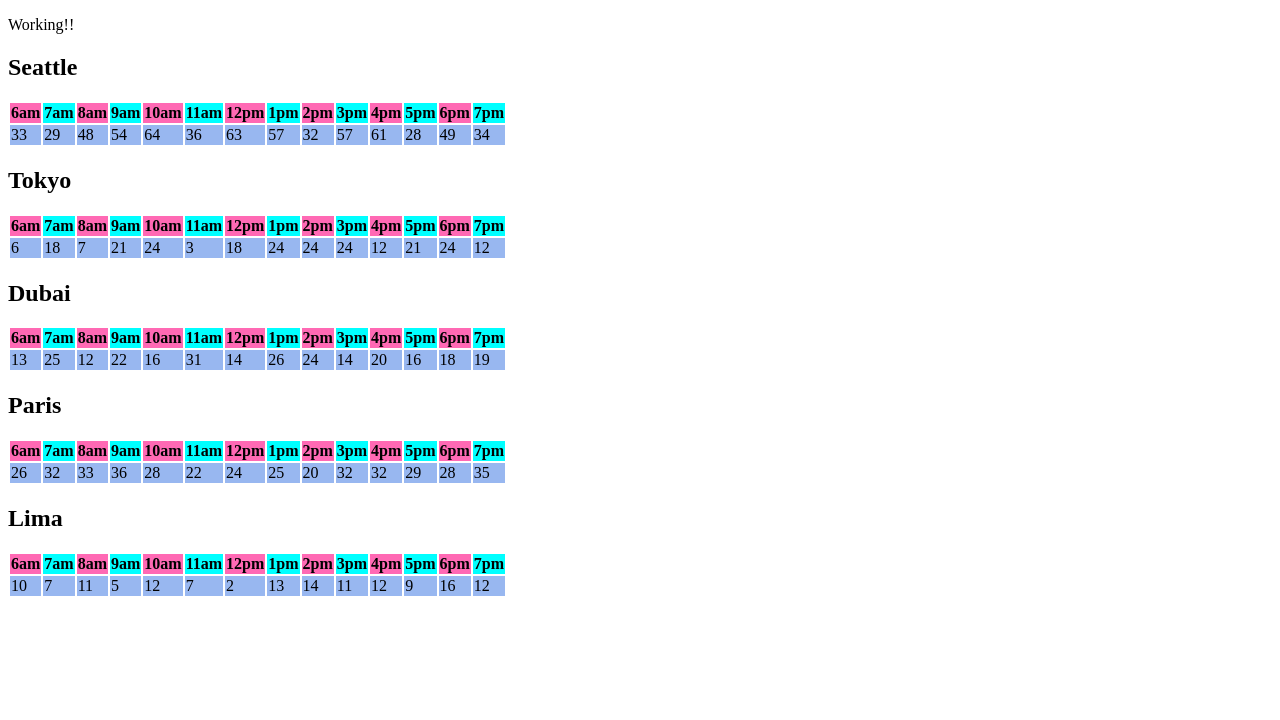
Repository: aaron1986/cookie_stand
Page: sales.html
The author's editor kept a copy of each file at every save. The page is drawn from the files as they stood at one save, then again after the next save.
The browser window is 1280 px wide. The pictures show the whole page.

Above is the page before, as saved 2023-09-26 14:47:36.

### sales.html
<!DOCTYPE html>
<html lang="en">
<head>
    <meta charset="UTF-8">
    <meta name="viewport" content="width=device-width, initial-scale=1.0">
    <link rel="stylesheet" href="style.css">
    <script src="./app.js" defer></script>
    <title>Document</title>
</head>
<body>

    <p>Working!!</p>

    <div id="shop-location">


    </div>


</body>
</html>

### style.css
th:nth-child(even) {
    background-color: aqua;
}

th:nth-child(odd) {
    background-color: hotpink;
}

td {
    background-color: rgb(152, 183, 240);
}

### app.js
const Hours = ['6am', '7am', '8am', '9am', '10am', '11am', '12pm', '1pm', '2pm', '3pm', '4pm', '5pm', '6pm', '7pm'];

function randonNumber(min, max) {
    return Math.floor(Math.random() * (max - min + 1)) + min;
}

function ShopLocation(location, min, max, avg) {
    this.location = location;
    this.min = min;
    this.max = max;
    this.avg = avg;
    this.customersPerHour = [];
    this.cookiesPerHour = [];
    this.totalSold = 0;


    this.calcTotal = function() {
        for(let i = 0; i < Hours.length; i++) {
            const randNum = randonNumber(this.min, this.max);
                this.customersPerHour.push(randNum);
                this.cookiesPerHour.push(randNum * this.avg);
        }
    };

}

const shopLocationSeattle = new ShopLocation ("Seattle", 23, 65, 6.3);

const shopLocationTokyo = new ShopLocation("Tokyo", 3, 24, 1.2);

const shopLocationDubai = new ShopLocation("Dubai",11,38,3.7);

const shopLocationParis = new ShopLocation("Paris",20,38,2.3);

const shopLocationLima = new ShopLocation("Lima",2,16,4,6);

shopLocationSeattle.calcTotal();
shopLocationTokyo.calcTotal();
shopLocationDubai.calcTotal();
shopLocationParis.calcTotal();
shopLocationLima.calcTotal();


const shopLocationHtml = document.getElementById("shop-location");

function createShopLocation(locationData) {
    const article = document.createElement("article");

    //Headers
    const h2 = document.createElement("h2");
    h2.textContent = locationData.location;
    article.appendChild(h2);


    //Table information
    const table = document.createElement("table");

    const thead = document.createElement("thead");
    const headerRow = document.createElement("tr");

    // Loop through the hours and create table headers
    for (let i = 0; i < locationData.customersPerHour.length; i++) {
        const th = document.createElement("th");
        th.textContent = `${Hours[i]}`;
        headerRow.appendChild(th);
    }

    thead.appendChild(headerRow);
    table.appendChild(thead);

    const tbody = document.createElement("tbody");
    const dataRow = document.createElement("tr");

    // Loop through the customersPerHour
    for (let i = 0; i < locationData.customersPerHour.length; i++) {
        const td = document.createElement("td");
        td.textContent = `${locationData.customersPerHour[i]}`;
        dataRow.appendChild(td);
    }

        // Calculate the daily total for each hour
        let sum = 0;



    tbody.appendChild(dataRow);
    table.appendChild(tbody);
    article.appendChild(table);
    shopLocationHtml.appendChild(article);
}

createShopLocation(shopLocationSeattle);
createShopLocation(shopLocationTokyo);
createShopLocation(shopLocationDubai);
createShopLocation(shopLocationParis);
createShopLocation(shopLocationLima);

After the next save:
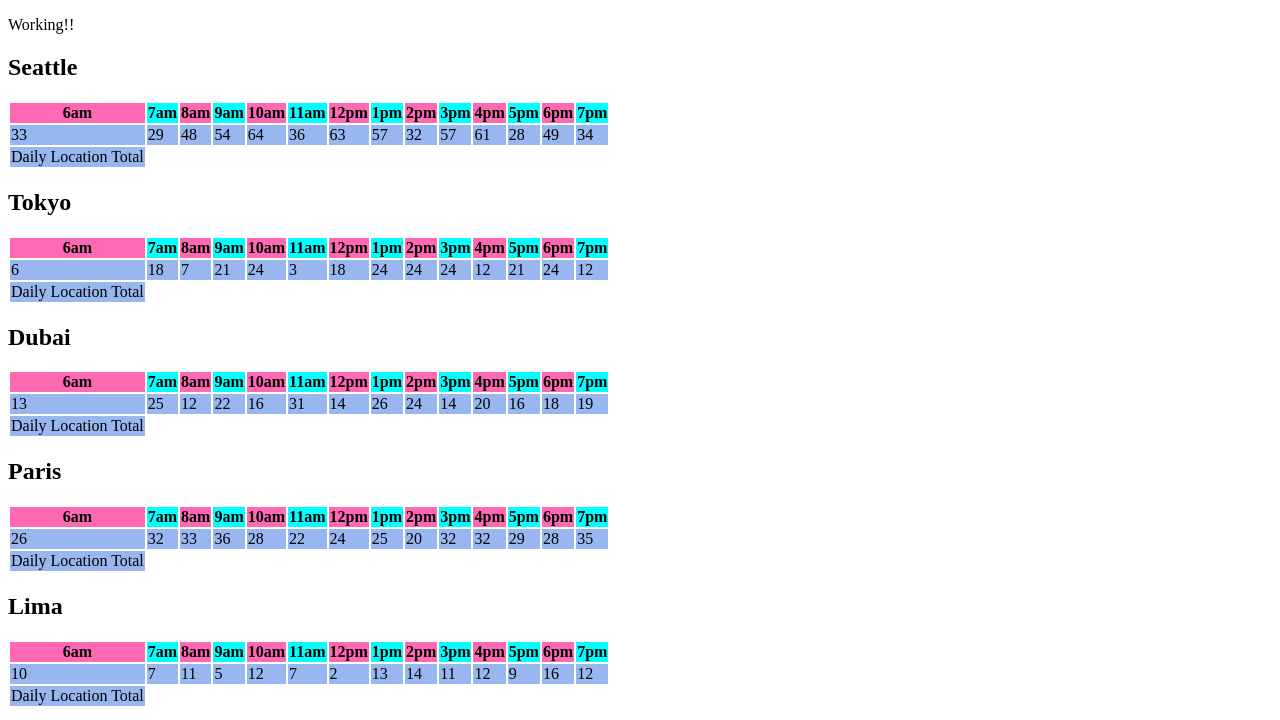
Saved 3 min 33 s later.
--- a/app.js
+++ b/app.js
@@ -79,11 +79,15 @@ function createShopLocation(locationData) {
     }
 
         // Calculate the daily total for each hour
-        let sum = 0;
+        const totalRow = document.createElement("tr");
+        const totalCell = document.createElement("td");
+        totalCell.textContent = "Daily Location Total";
+        totalRow.appendChild(totalCell);
 
 
 
     tbody.appendChild(dataRow);
+    tbody.appendChild(totalRow);
     table.appendChild(tbody);
     article.appendChild(table);
     shopLocationHtml.appendChild(article);
